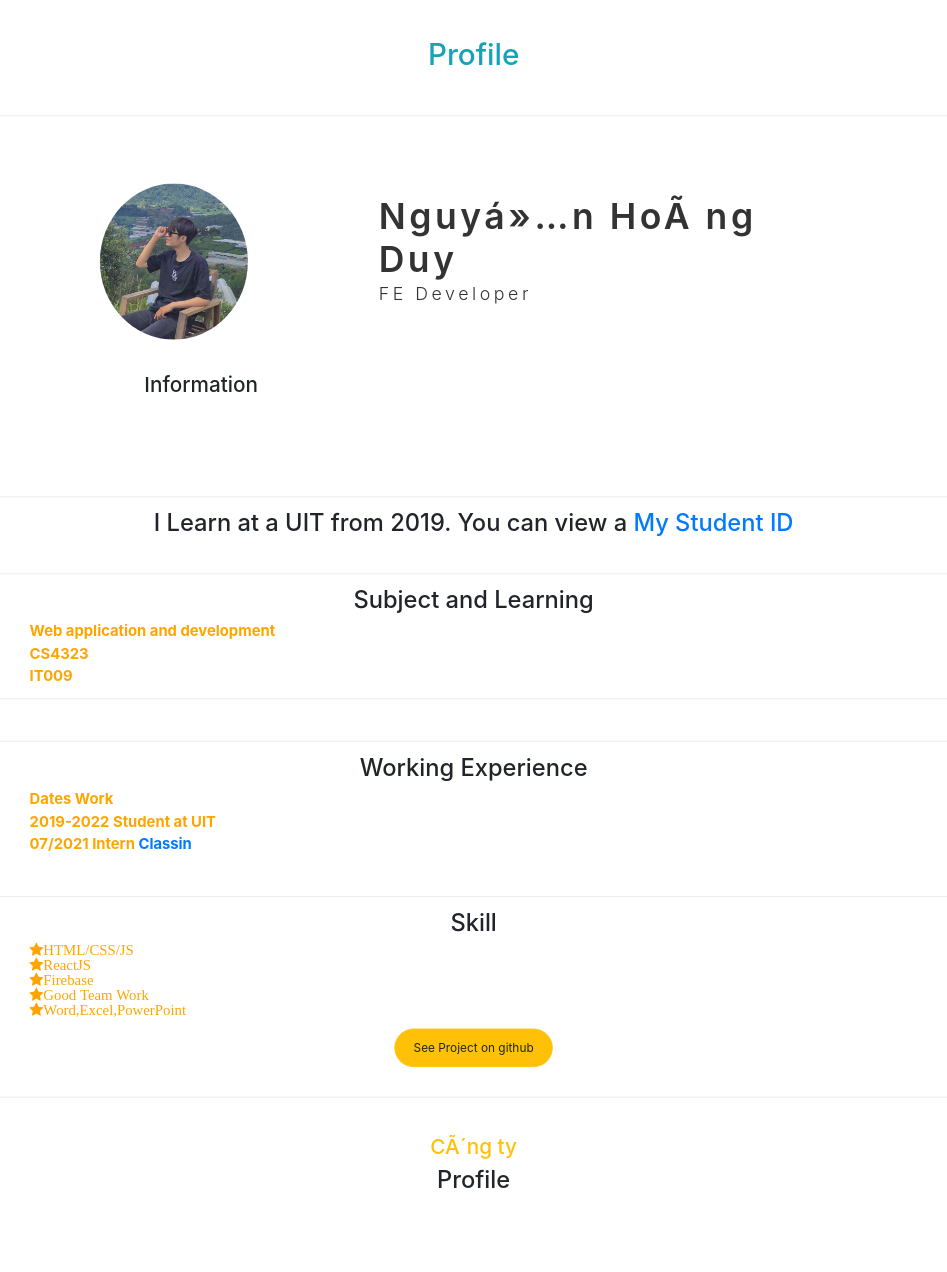
Repository: HoangDuy315/HW_TVK
Page: cv.html
These files come from the project's save history. The page is drawn as it stood at one moment and after the next save; the edit follows.
The browser window is 1280 px wide. The pictures show the whole page, at 74% of full size.

Above is the page before, as saved 2022-09-25 18:16:20.

After the next save:
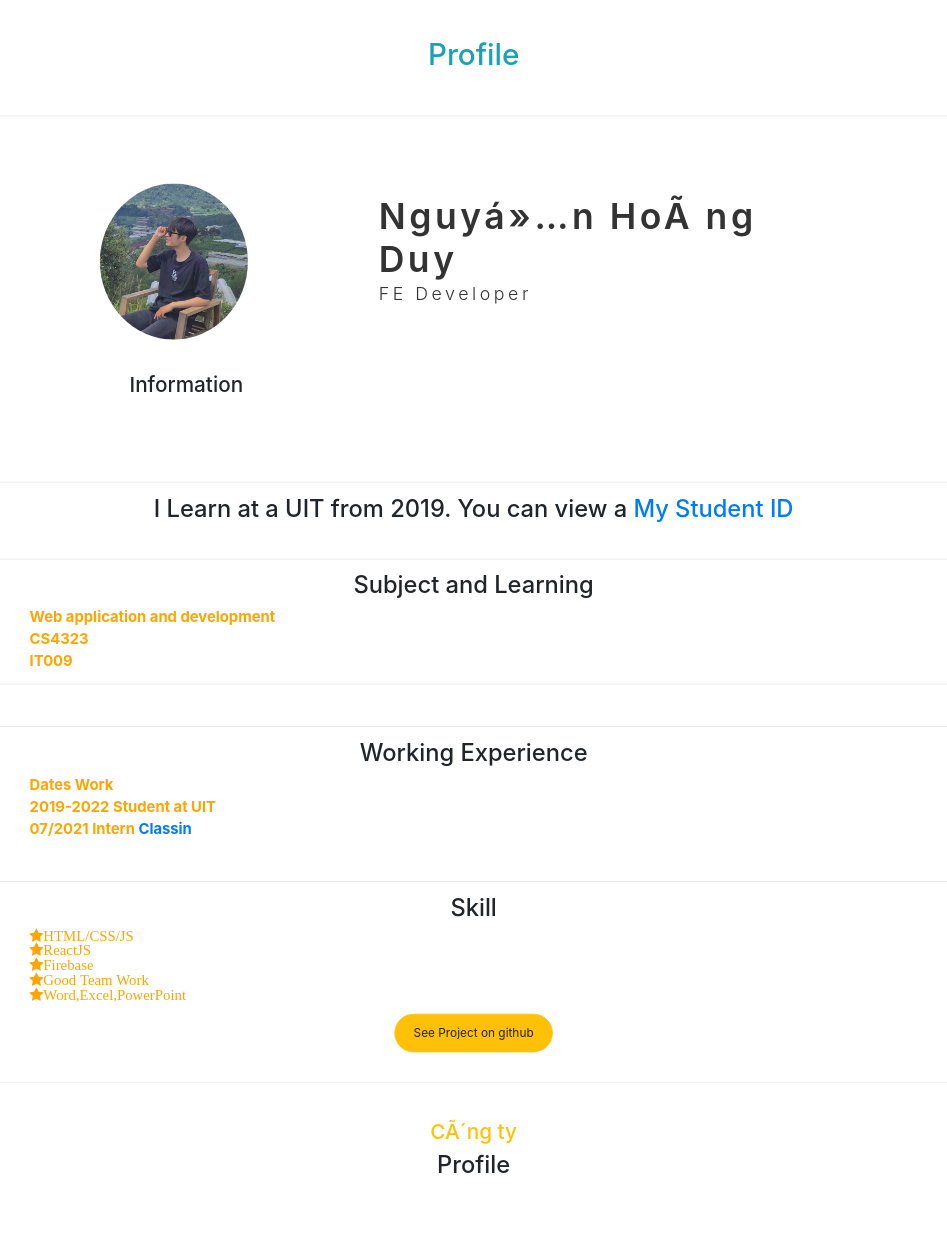
Saved 8 s later.
--- a/cv.css
+++ b/cv.css
@@ -45,7 +45,7 @@ body {
     display: grid;
     grid-template-columns: 1fr 2fr;
     padding: 0 40px 40px;
-    margin: 20px;
+    margin-top: 20px;
 }
 
 .duy {
